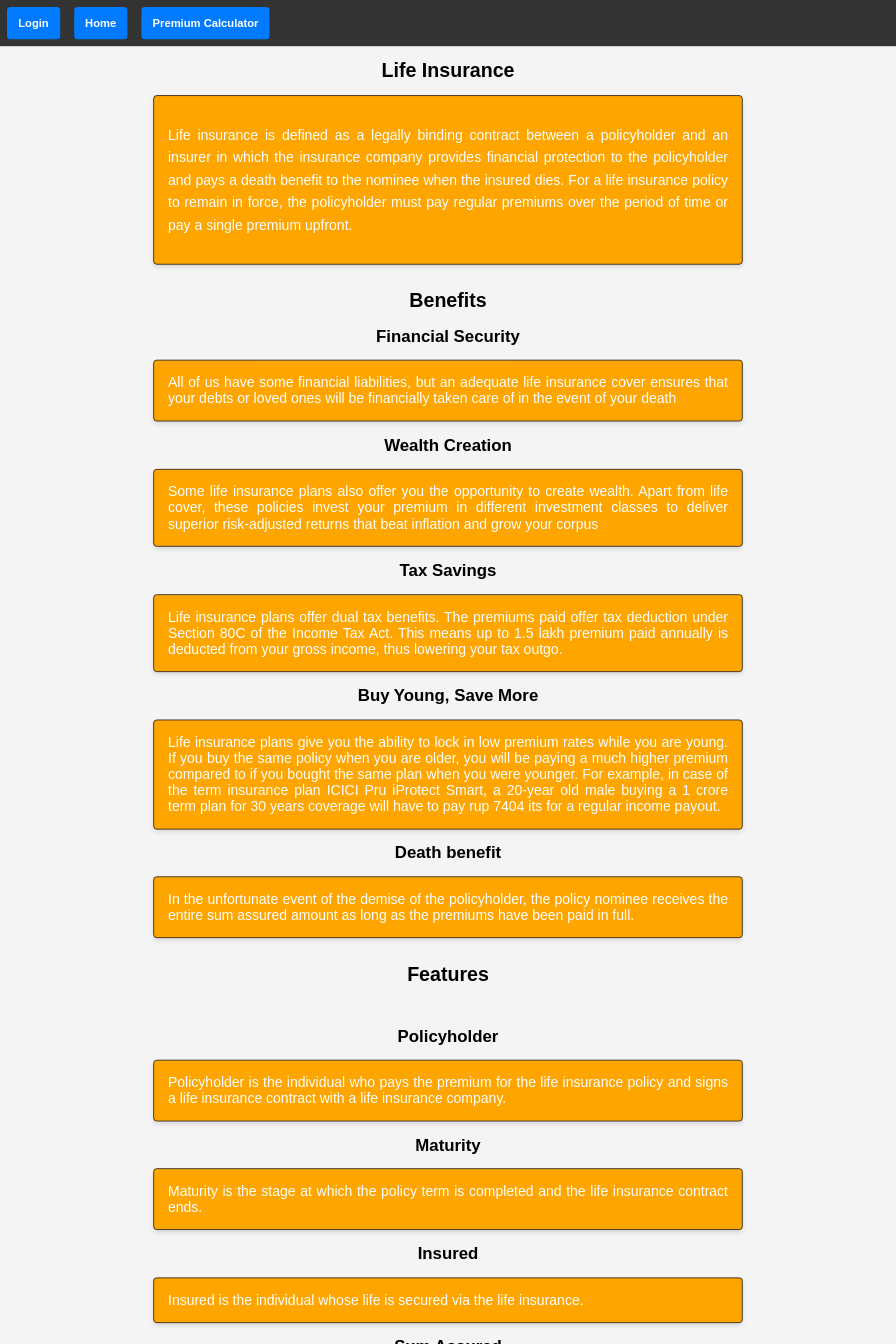
Repository: sowmini-nats/git-spring-project
Page: http://localhost/InsuranceAutomationSystem/LifeCare.jsp
These files come from the project's save history. The page is drawn as it stood at one moment and after the next save; the edit follows.
The browser window is 1280 px wide. The pictures show the part of the page from y = 0 to 1920 px (the page is 2679 px tall before and 2659 px after), at 70% of full size.
The page is served by Tomcat 10.

Above is the page before, as saved 2023-10-31 00:51:07.

After the next save:
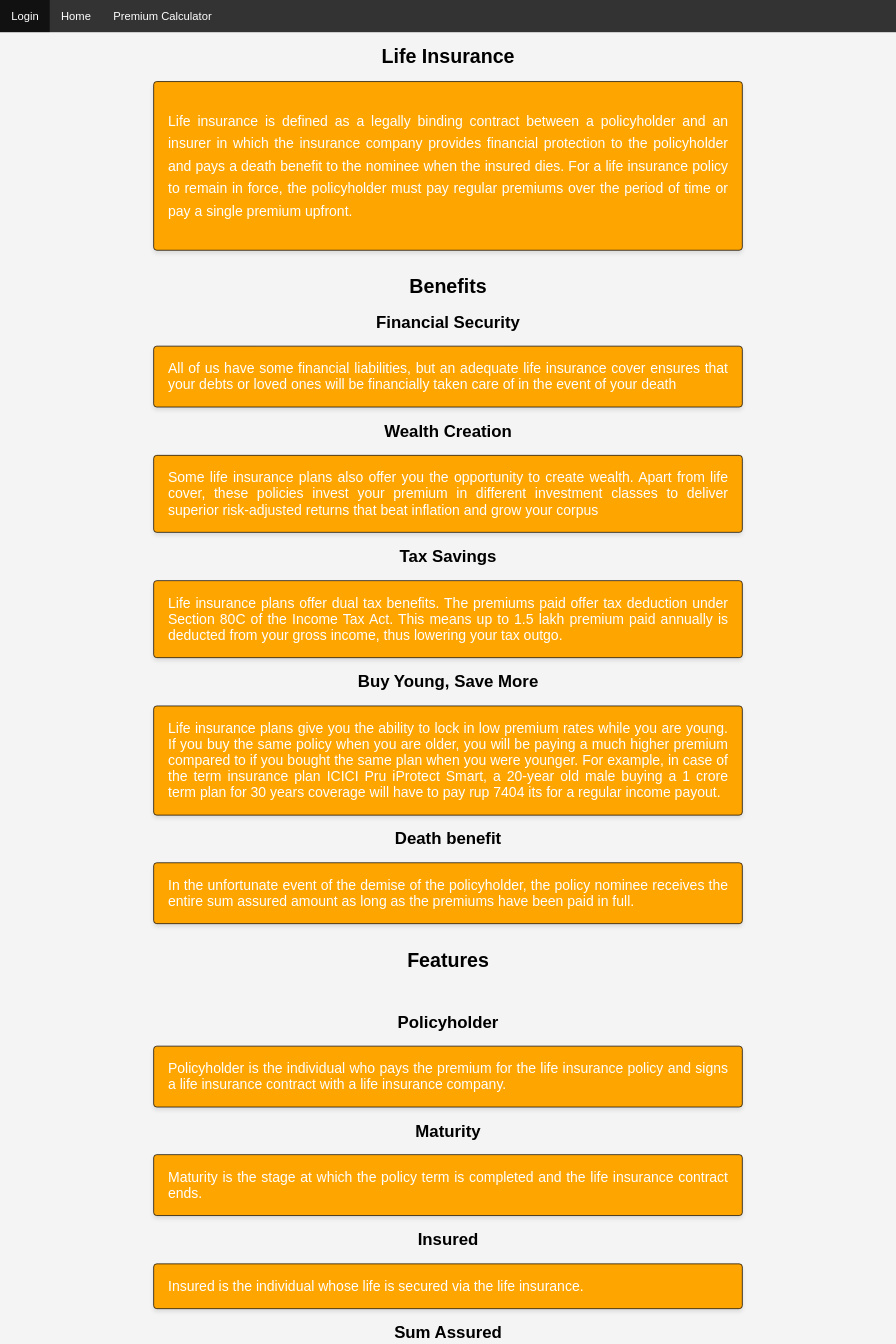
Saved 53 s later.
--- a/eclipse-workspace-jspassessment/InsuranceAutomationSystem/src/main/webapp/LifeCare.jsp
+++ b/eclipse-workspace-jspassessment/InsuranceAutomationSystem/src/main/webapp/LifeCare.jsp
@@ -62,7 +62,7 @@
         color:white;
     }
 
-    a {
+    .astyle {
         display: inline-block;
         margin: 10px;
         padding: 10px 20px;
